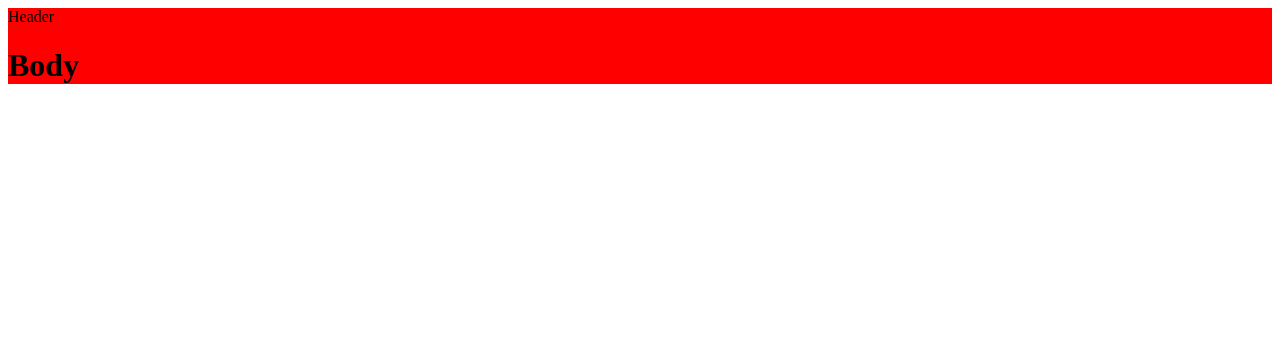
Repository: ayano-ogawa/samurai_HTML-CSS
Page: example.html
The author's editor kept a record of every edit. The page is drawn from the files as they stood at one moment, then again after the next edit.
The browser window is 1280 px wide. The pictures show the whole page.

Above is the page before.

### example.html
<html lang="ja">
    <head>
        <style>
            header {
                background-color: red;
            }
            footer {
                background-color: blue;
            }
            .size {
                height: 200px;
            }

        </style>
    </head>
    <body>
        <header>
            Header
        </div>
        <h1>Body</h1>
    </body>
</html>

After the next edit:
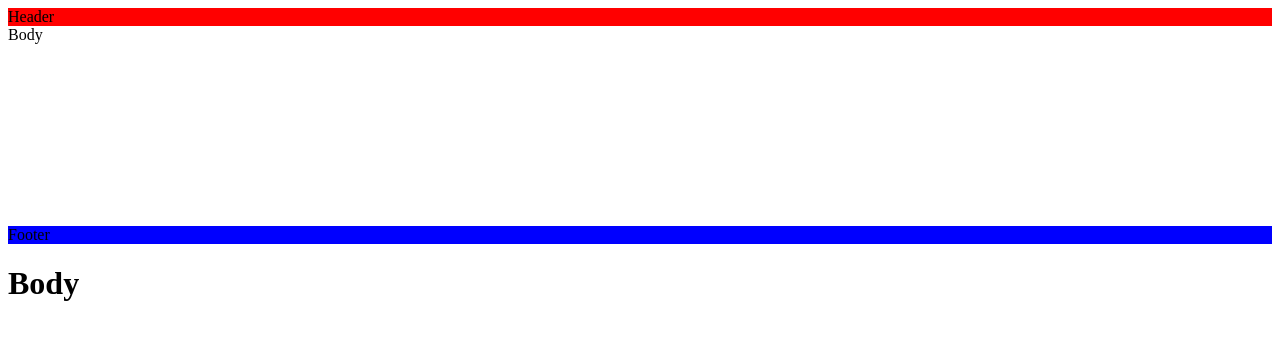
The edit:
--- a/example.html
+++ b/example.html
@@ -16,7 +16,13 @@
     <body>
         <header>
             Header
+        </header>
+        <div class="size">
+            Body
         </div>
+        <footer>
+            Footer
+        </footer>
         <h1>Body</h1>
     </body>
 </html>
